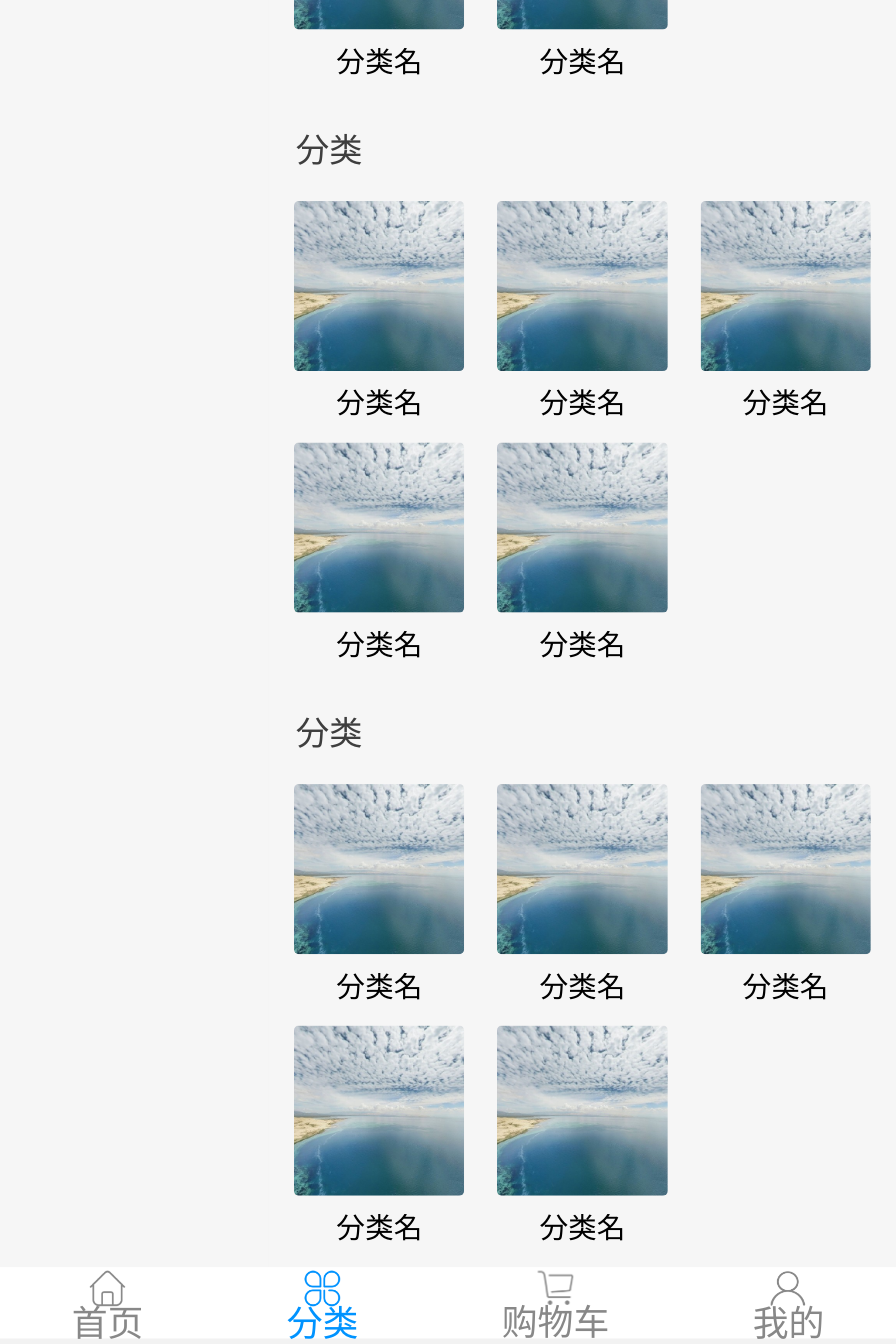
Repository: 421538074/sell
Page: consumer/goods-classify.html
An editor plug-in stored every save of this project. The page is shown before and after the next save, followed by the edit.
The browser window is 1280 px wide. The pictures show the part of the page from y = 2373 to 4293 px (the page is 4293 px tall before and 4259 px after), at 70% of full size.

Above is the page before, as saved 2019-05-30 09:03:21.

### consumer/goods-classify.html
<!DOCTYPE html>
<html lang="en">

<head>
    <meta charset="UTF-8">
    <meta name="viewport" content="width=device-width, initial-scale=1.0">
    <meta http-equiv="X-UA-Compatible" content="ie=edge">
    <title>商品分类</title>
    <link rel="stylesheet" href="../css/base.css">
    <link rel="stylesheet" href="css/goods-classify.css">
</head>

<body>
    <div id="app" class="content">
        <div class="search-bar-wrapper">
            <input @click="linkTo('search.html')" readonly placeholder="搜索关键字" type="text" class="search-input">
        </div>
        <div class="goods-classify-wrapper">
            <ul class="main-classify-wrapper">
                <li @click="triggerTab(n)" v-for="n in 20" :class="{active:n==currentIndex}" class="main-classify-item">
                    死靓仔，一起打球吗？
                </li>
            </ul>
            <div class="sub-classify-wrapper">
                <div v-for="n in 5" class="sub-classify-item">
                    <p class="sub-classify-item-title">
                        分类
                    </p>
                    <div class="sub-classify-item-wrapper">
                        <div v-for="n in 5" class="sub-sub-classify-item">
                            <img src="../img/1.jpg" class="classify-item-icon">
                            <p class="classify-title">分类名</p>
                        </div>
                    </div>
                </div>
            </div>
        </div>
        <nav class="tool-bar-wrapper">
            <a href="home.html" class="nav-item">
                <img src="../img/home.png" class="nav-item-icon">
                <span class="tilte">首页</span>
            </a>
            <a href="javascript:;" class="nav-item active">
                <img src="../img/classify-active.png" class="nav-item-icon">
                <span class="tilte">分类</span>
            </a>
            <a href="shop-cart.html" class="nav-item">
                <img src="../img/shop.png" class="nav-item-icon">
                <span class="tilte">购物车</span>
            </a>
            <a href="user.html" class="nav-item">
                <img src="../img/user.png" class="nav-item-icon">
                <span class="tilte">我的</span>
            </a>
        </nav>
    </div>
    <script src="../js/api.js"></script>
    <script src="../js/vue.js"></script>
    <script src="js/vue-mixin.js"></script>
    <script src="js/goods-classify.js"></script>
</body>

</html>

### css/base.css
/* http://meyerweb.com/eric/tools/css/reset/
   v2.0 | 20110126
   License: none (public domain)
*/

html,
body,
div,
span,
applet,
object,
iframe,
h1,
h2,
h3,
h4,
h5,
h6,
p,
blockquote,
pre,
a,
abbr,
acronym,
address,
big,
cite,
code,
del,
dfn,
em,
img,
ins,
kbd,
q,
s,
samp,
small,
strike,
strong,
sub,
sup,
tt,
var,
b,
u,
i,
center,
dl,
dt,
dd,
ol,
ul,
li,
fieldset,
form,
label,
legend,
table,
caption,
tbody,
tfoot,
thead,
tr,
th,
td,
article,
aside,
canvas,
details,
embed,
figure,
figcaption,
footer,
header,
hgroup,
menu,
nav,
output,
ruby,
section,
summary,
time,
mark,
audio,
video {
    margin: 0;
    padding: 0;
    border: 0;
    font-size: 100%;
    font: inherit;
    vertical-align: baseline;
}

/* HTML5 display-role reset for older browsers */
article,
aside,
details,
figcaption,
figure,
footer,
header,
hgroup,
menu,
nav,
section {
    display: block;
}

body {
    line-height: 1;
}

ol,
ul {
    list-style: none;
}

blockquote,
q {
    quotes: none;
}

blockquote:before,
blockquote:after,
q:before,
q:after {
    content: '';
    content: none;
}

table {
    border-collapse: collapse;
    border-spacing: 0;
}


body,
html {
    font-size: calc(100vw / 37.5);
    font-family: PingFangSC-Medium;
    background: #F2F2F2;
}


[v-cloak] {
    display: none;
}


hr {
    margin: 0;
    padding: 0;
}

.clearfix {
    zoom: 1;
}

.clearfix:after {
    content: ".";
    display: block;
    visibility: hidden;
    height: 0;
    clear: both;
}

[v-cloak] {
    display: none;
}

### consumer/css/goods-classify.css
*{
    box-sizing: border-box;
}
html,body,div.content{
    height: 100%;
}
div.content {
    display: flex;
    flex-direction: column;
}
div.search-bar-wrapper{
    height: 4.5rem;
    display: flex;
    align-items: center;
    justify-content: center;
    background: #ffffff;
}
input.search-input {
    width: 90%;
    border: none;
    height: 60%;
    border-radius: 0.1rem;
    background: url(../../img/search-icon.png) no-repeat;
    background-size: 1.2rem;
    background-color: #F6F6F6;
    outline: 0;
    background-position: 33% center;
}
input::-webkit-input-placeholder {
    color: #A9B7CE;
    text-align: center;
}
.goods-classify-wrapper {
    display: flex;
    flex: 1;
}
ul.main-classify-wrapper {
    overflow: scroll;
    height: 100%;
    width: 30%;
    background: #F6F6F6;
}
ul.main-classify-wrapper::-webkit-scrollbar,div.sub-classify-wrapper::-webkit-scrollbar {
    width: 0;
    height: 0;
}
li.main-classify-item {
    width: 100%;
    height: 3rem;
    line-height: 3rem;
    white-space: nowrap;
    overflow: hidden;
    text-overflow: ellipsis;
    background: #fff;
    margin-bottom: 1px;
    color: #3E3E3E;
    padding-left: 10px;
    font-size: 1.5rem;
}
li.main-classify-item.active {
    background: #F6F6F6;
    position: relative;
    color: #000000;
}
li.main-classify-item.active::after{
    content: '';
    position: absolute;
    background: #FFD162;
    height: 80%;
    width: 5px;
    left: 0;
    top: 10%;
}
.sub-classify-wrapper {
    flex: 1;
    background: #F6F6F6;
    overflow: scroll;
}
img.classify-item-icon {
    width: 19vw;
    height: 19vw;
    border-radius: 0.2rem;
}
p.sub-classify-item-title {
    font-size: 1.4rem;
    height: 3em;
    display: flex;
    align-items: center;
    color: #3E3E3E;
    padding-left: 3vw;
}
.sub-classify-item{
    width: 70vw;
}
.sub-sub-classify-item {
    width: calc(68vw / 3);
    margin-bottom: 1rem;
}
.sub-classify-item-wrapper {
    display: flex;
    align-items: center;
    flex-wrap: wrap;
    text-align: center;
    padding-left: 1vw;
}
p.classify-title {
    margin: 0 auto;
    font-size: 1.2rem;
    white-space: nowrap;
    overflow: hidden;
    text-overflow: ellipsis;
    max-width: 80%;
    margin-top: 0.6rem;
}
nav.tool-bar-wrapper {
    height: 3rem;
    background: #ffffff;
    display: flex;
    align-items: center;
    justify-content: space-around;
}
a.nav-item {
    color: #888888;
    text-decoration: none;
    font-size: 1.5rem;
    display: flex;
    flex-direction: column;
    align-items: center;
    justify-content: space-around;
    height: 90%;
}
a.nav-item.active{
    color: #0093FF;
}
img.nav-item-icon{
    width: 1.5rem;
    height: 1.5rem;
}

### js/api.js



// window.warn = {
//     alert: function alert(msg) {
//         var template = `
// `
//         $('body').append(template);
//         $('.alert-body').animate({
//             top: "40px"
//         }, 200);
//         // setTimeout(function () {
//         //     warn.close();
//         // }, 1500);
//     },
//     close: function close() {
//         $('.alert-body').animate({
//             top: "-280px"
//         }, 200);
//         setTimeout(function () {
//             $('#alert-msg').remove();
//         }, 200);
//     }
// };

### consumer/js/vue-mixin.js
Vue.mixin({
    methods: {
        /**
         * 返回
         */
        back() {
            history.go(-1);
        },
        /**
         * 限制长度
         * @param {String} 要限制长度的字段
         * @param {Number} 长度
         */
        limitLength(key, length) {
            this[key] = this[key].substring(0, length);
        },
        /**
         * 验证11位手机号
         * @param {Number} phone
         */
        validatePhone(phone) {
            const phoneReg = /^[1-9][0-9]{9}[0-9]$/;
            return phoneReg.test(phone);
        },
        /**
         * 发送手机验证码
         * @param {Number} waitTimeKey 等待时间键名
         * @param {String} tipsKey 发送验证码显示的信息的键名
         * @param {String} phoneKey 手机号键名
         * @param {String} reSendMsg  按钮默认显示的文字
         */
        sendCode(waitTimeKey, tipsKey, phoneKey, defaultMsg) {
            if (!this.validatePhone(this[phoneKey])) {
                alert('无效手机号!');
                return;
            }
            if (this[waitTimeKey] == 60) {
                $.post('', {
                        phone: this[phoneKey]
                    }, (res) => {
                        if (res.status == 1) {
                            const interval = setInterval(() => {
                                if (this[waitTimeKey] == 1) {
                                    this[waitTimeKey] = 60;
                                    this[tipsKey] = defaultMsg;
                                    clearInterval(interval);
                                    return;
                                }
                                this[waitTimeKey] -= 1;
                                this[tipsKey] = `${this[waitTimeKey]}s`;
                            }, 1000);
                        } else {
                            alert('发送失败!');
                        }
                    }, 'json')
                    .fail(err => {
                        alert('服务器异常!');
                    });
            }
        },
        /**
         * 链接跳转
         * @param {String} url
         */
        linkTo(url) {
            window.location.href = url;
        }
    },
    filters: {

    }
})

### consumer/js/goods-classify.js
new Vue({
    el:'#app',
    data() {
        return {
            currentIndex:1
        }
    },
    methods: {
        triggerTab(index) {
            if(this.currentIndex != index) {
                this.currentIndex = index;
            }
        }
    },
})

Loaded but not shown: js/vue.js (library)

After the next save:
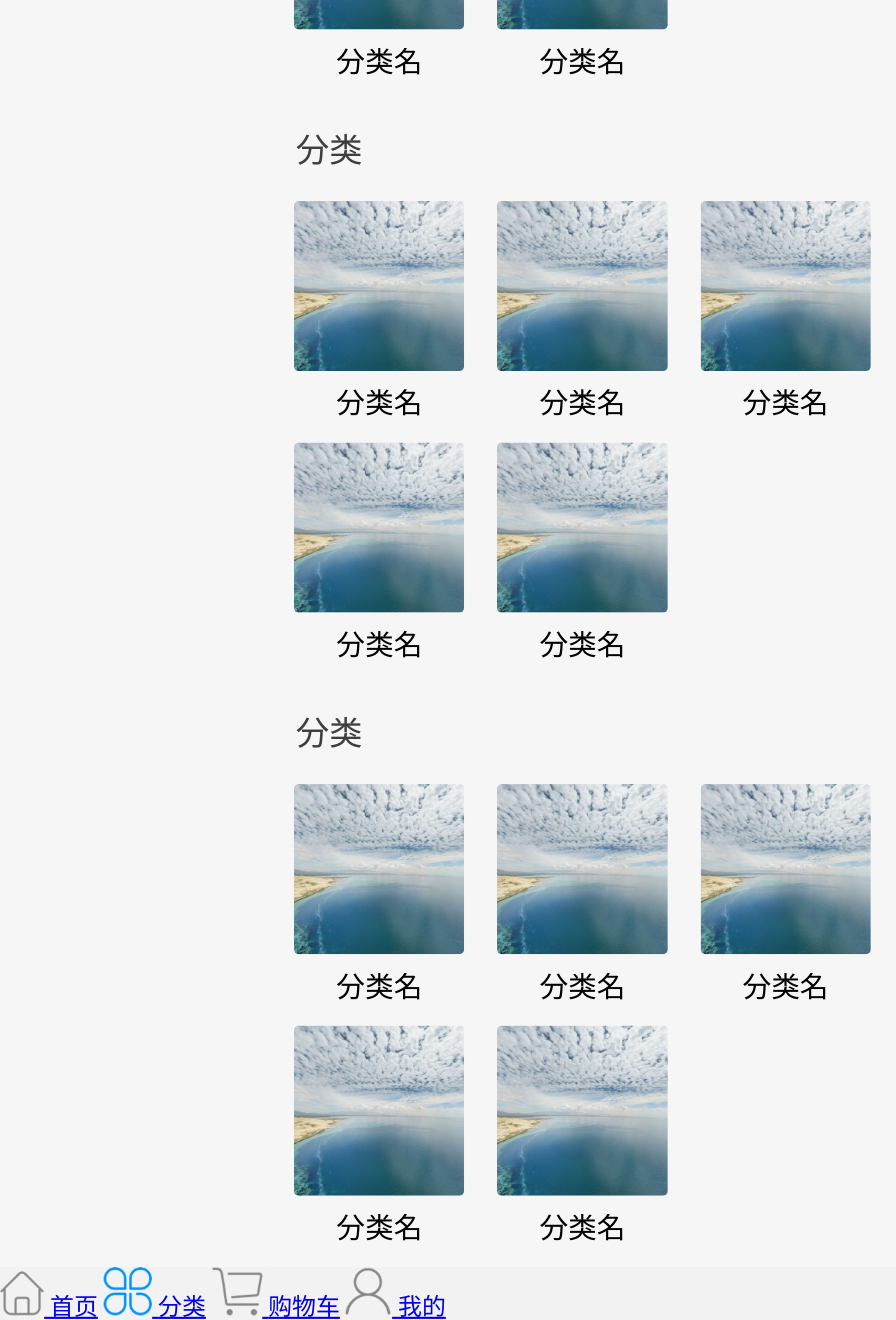
Saved 16 s later.
--- a/consumer/css/goods-classify.css
+++ b/consumer/css/goods-classify.css
@@ -112,27 +112,3 @@ p.classify-title {
     max-width: 80%;
     margin-top: 0.6rem;
 }
-nav.tool-bar-wrapper {
-    height: 3rem;
-    background: #ffffff;
-    display: flex;
-    align-items: center;
-    justify-content: space-around;
-}
-a.nav-item {
-    color: #888888;
-    text-decoration: none;
-    font-size: 1.5rem;
-    display: flex;
-    flex-direction: column;
-    align-items: center;
-    justify-content: space-around;
-    height: 90%;
-}
-a.nav-item.active{
-    color: #0093FF;
-}
-img.nav-item-icon{
-    width: 1.5rem;
-    height: 1.5rem;
-}
